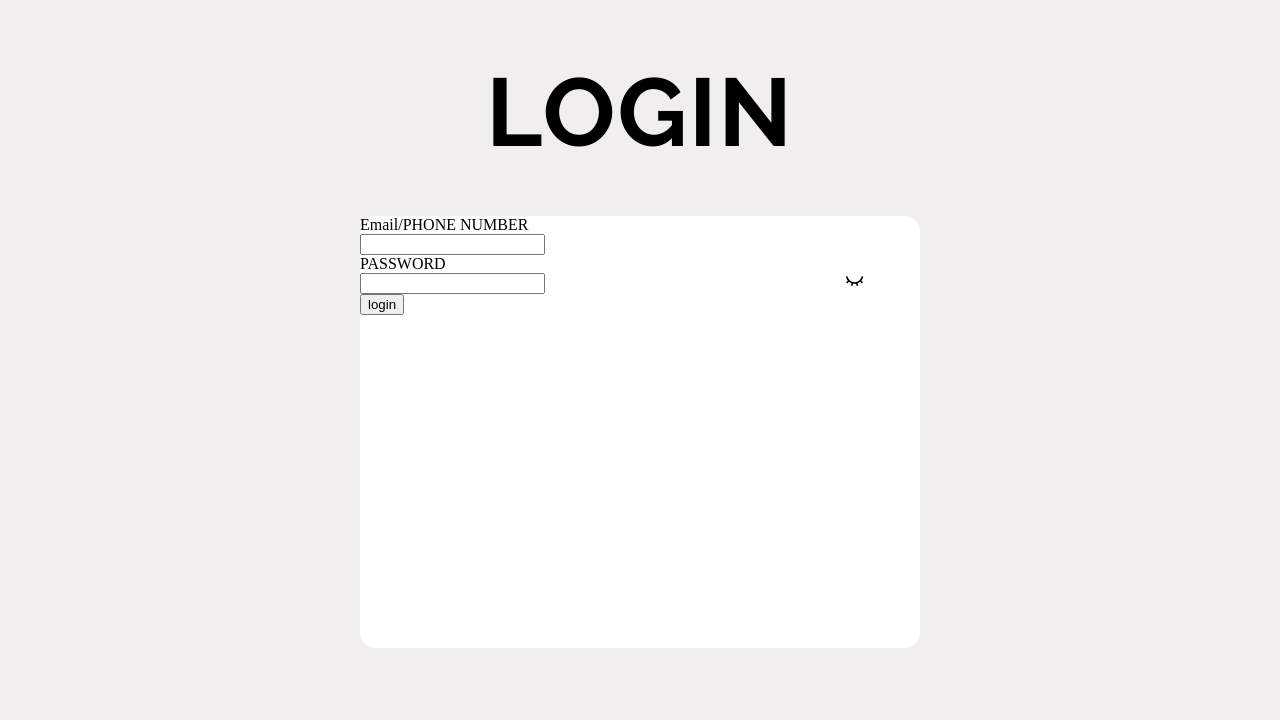
Repository: rehamtaher10/thirdReactTask
Page: /
The author's editor kept a copy of each file at every save. The page is drawn from the files as they stood at one save, then again after a run of saves.
The browser window is 1280 px wide. The pictures show the whole page.
The project was rebuilt for these pictures with package versions that can differ from the ones it lists, and the page was loaded fresh each time. Also part of the build but not shown: vite.config.js, src/components/HomePage/Home.jsx, src/style/navBar.css, src/components/Navbar.jsx, src/components/Layout/Layout.jsx, src/components/AboutPage/About.jsx, src/style/contactUs.css, src/components/ContactUsPage/ContactUs.jsx and 2 more.

Above is the page before, as saved 2024-12-02 00:40:05.

### src/App.jsx
import React from "react";
import Home from "./components/HomePage/Home";
import { createBrowserRouter, RouterProvider } from "react-router-dom";
import Layout from "./components/Layout/Layout";
import About from "./components/AboutPage/About";
import ContactUs from "./components/ContactUsPage/ContactUs";
import Service from "./components/ServicePage/Service";
import LoginPage from "./components/loginPage/LoginPage"

export default function App() {
  const Routing = createBrowserRouter([
    { path: "", element: <LoginPage /> },
    {
      path: "home",
      element: <Layout />,
      // errorElement: <h1>404 Not Found</h1>,
      children: [
        { path: "", element: <Home /> },
        { path: "about", element: <About /> },
        { path: "service", element: <Service /> },
        {
          path: "contact",
          element: <ContactUs />,
          children: [
            { index: true, element: <h1>Contact us Form</h1> },
            { path: "location", element: <h1>Contact us Location</h1> },
            { path: "emails", element: <h1>Contact us Emails</h1> },
            { path: "phone-number", element: <h1>Phone Number</h1> },
          ],
        },
        { path: "*", element: <section>Not Found Page</section> },
      ],
    },
  ]);
  return <RouterProvider router={Routing} />;
}

### src/components/loginPage/LoginPage.jsx
import { Form, Formik } from "formik";
import React from "react";
import { useNavigate } from "react-router-dom";
import * as Yup from "yup";
import WrapperInput from "../wrapperInput/WrapperInput";
import "../../style/loginPage.css";
export default function LoginPage() {
  const navigate = useNavigate();

  const validationSchema = Yup.object({
    email: Yup.string()
      .email("Must Be Like E-mail Format")
      .required("E-mail is Requird"),
    password: Yup.string().min(7).max(15).required("Password is Requird"),
  });
  const initialValues = {
    email: "",
    password: "",
  };
  const onSubmit = (values) => {
    console.log(values);
    navigate("/home");
  };

  return (
    <div className="loginComponent">
      <h1>Login</h1>
      <Formik
        initialValues={initialValues}
        onSubmit={onSubmit}
        validationSchema={validationSchema}
      >
        <Form>

          <WrapperInput name={"email"} label="Email/PHONE NUMBER" isDefault />
          <WrapperInput name={"password"}  label="PASSWORD" isPassword />
          <button type="submit">login</button>
        </Form>
      </Formik>
    </div>
  );
}

### src/components/wrapperInput/WrapperInput.jsx
import { ErrorMessage, Field } from "formik";
import React from "react";
import ErrorMessageField from "./ErrorMessageField";
import { RiEyeLine, RiEyeCloseLine } from "react-icons/ri";
import { useState } from "react";

export default function WrapperInput({
  name,
  placeholder,
  isDefault,
  isPassword,
  label,
}) {
  const [showPassword, setShowPassword] = useState(false);

  const togglePasswordVisibility = () => {
    setShowPassword((prev) => !prev);
  };
  return (
    <div className="wrapper_input">
      {label && <label htmlFor={name}>{label}</label>}
      <br />
      {isDefault && <Field name={name} placeholder={placeholder} />}
      {isPassword && (
        <div className="password-wrapper">
          <Field id={name} name={name}>
            {({ field }) => (
              <input
                type={showPassword ? "text" : "password"}
                {...field}
                placeholder={placeholder}
                autoComplete="off" /* Disables browser icon */
                className="custom-password-input"
              />
            )}
          </Field>
          <button
            type="button"
            onClick={togglePasswordVisibility}
            className="toggle-password-btn"
            aria-label="Toggle password visibility"
          >
            {showPassword ? <RiEyeLine /> : <RiEyeCloseLine />}
          </button>
        </div>
      )}
      <ErrorMessage name={name} component={ErrorMessageField} />
    </div>
  );
}

// React Basics (Folder Structure - Components - Props - State)
// Style (External - Sass + Bem - Bootrstrap  - MUI)
// Hooks (UseState - UseEffect - UseContext - UseRef)
// Routes (React Router Dom)
// Formik + Yup
// State Management (React Query + Redux)

### src/style/loginPage.css
@import url('https://fonts.googleapis.com/css2?family=Raleway:ital,wght@0,100..900;1,100..900&display=swap');

body {
  background-color: rgb(241, 238, 238);
}
.loginComponent {
  display: flex;
  flex-direction: column;
  justify-content: center;
  align-items: center;
}
.loginComponent h1 {
  font-family: "Raleway", sans-serif;
  font-size: 6rem;
  text-transform: uppercase;
  letter-spacing: 2px;
  margin-block: 3rem;
}
.loginComponent form{
    background-color: white;
    width: 35rem;
    height: 27rem;
    border-radius: 1rem;
    pa

}
.error {
    color: #ba1420;
  }
  .password-wrapper {
    position: relative;
    display: flex;
    align-items: center;
  }

  .toggle-password-btn {
    position: absolute;
    right: 50px;
    background: none;
    border: none;
    cursor: pointer;
    font-size: 1.2rem;
  }
  .custom-password-input::-ms-reveal,
  .custom-password-input::-ms-clear {
    display: none;
  }

  .custom-password-input::-webkit-inner-spin-button,
  .custom-password-input::-webkit-outer-spin-button,
  .custom-password-input::-webkit-textfield-decoration-container {
    display: none;
  }

  .custom-password-input {
    -webkit-text-security: none; /* Removes browser styling */
  }

Loaded but not shown: index.html (common file); src/main.jsx (common file)

After the next 5 saves:
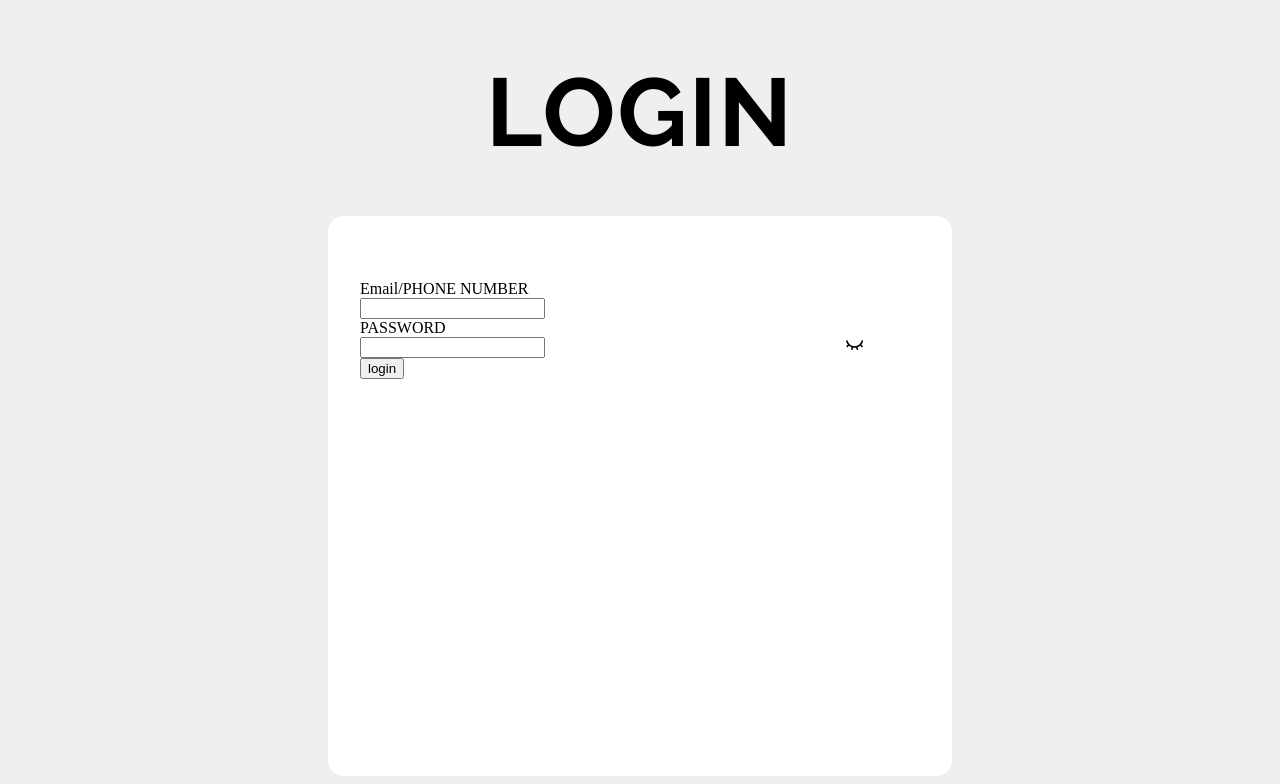
The 5 saves are shown as one change because they came seconds apart.
The last was saved 13 s later.
--- a/src/style/loginPage.css
+++ b/src/style/loginPage.css
@@ -21,7 +21,8 @@ body {
     width: 35rem;
     height: 27rem;
     border-radius: 1rem;
-    pa
+    padding-inline: 2rem;
+    padding-block: 4rem;
 
 }
 .error {
